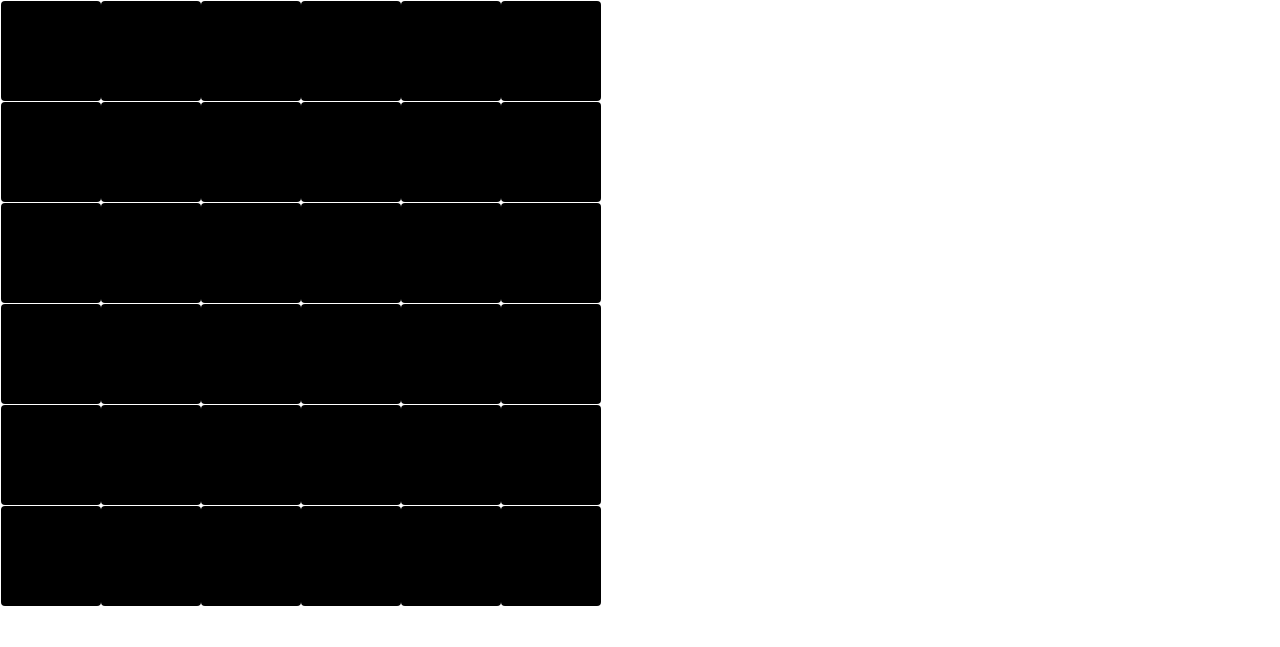
Repository: Lytecyde/emomemo
Page: html/index.html
The author's editor kept a copy of each file at every save. The page is drawn from the files as they stood at one save, then again after the next save.
The browser window is 1280 px wide. The pictures show the whole page.

Above is the page before, as saved 2020-03-31 09:21:48.

### html/index.html
<!DOCTYPE html>
<html lang="en">
<head>
    <meta charset="utf-8">
    <meta name="viewport" content="width=device-width, initial-scale=1.0">
    <link rel="stylesheet" type="text/css" href="../css/style.css">
    <script type="text/javascript" src="../js/data.js"></script>
    <script type="text/javascript" src="../js/game.js"></script>
</head>
<body onload="game.onload();">
<div id="table">

</div>



</body>
</html>

### css/style.css
#table {
    position: ;
    width: 700px;
    height: 600px;
    margin: auto;
    text-align: center;
}

#column {
    position: relative;
}

.card-flip {
    position: relative;
    background-color: aqua;
    width: 100px;
    height: 100px;
    margin: 1px;
    border-color: aqua;
    border-radius: 4px;
}

.card {
    position: relative;
    background: #000;
    font-size: 80px;
    color:white;
    width: 100px;
    height: 100px;
    margin: 1px;
    border-color: aqua;
    border-radius: 4px;
}

#c0 {
    position: fixed;
    top: 0px;
    left: 0px;
    width: 100px;
    height: 600px;
}

#c1 {
    position: fixed;
    top: 0px;
    left: 100px;
    width: 100px;
    height: 600px;
}

#c2 {
    position: fixed;
    top: 0px;
    left: 200px;
    width: 100px;
    height: 600px;
}
#c3 {
    position: fixed;
    top: 0px;
    left: 300px;
    width: 100px;
    height: 600px;
}

#c4 {
    position: fixed;
    top: 0px;
    left: 400px;
    width: 100px;
    height: 600px;
}

#c5 {
    position: fixed;
    top: 0px;
    left: 500px;
    width: 100px;
    height: 600px;
}

#c6 {
    position: fixed;
    top: 0px;
    left: 600pc;
    width: 100px;
    height: 600px;
}

### js/data.js
var data = {
    listOfEmoji: [
        "😯","😲",
        "🤪","🤩",
        "😌","😁",
        "😃","😃",
        "️️☺","😉",
        "😌","😍",
        "😪","😴",
        "😇","🤗",
        "😐","😑"
    ],
    doubleListOfEmoji: [
        "😯","😲",
        "🤪","🤩",
        "😌","😁",
        "😃","😆",
        "️️☺","😉",
        "🤣","😍",
        "😪","😴",
        "😇","🤗",
        "😐","😑",

        "😯","😲",
        "🤪","🤩",
        "😌","😁",
        "😃","😆",
        "️️☺","😉",
        "🤣","😍",
        "😪","😴",
        "😇","🤗",
        "😐","😑"
    ],
    maxColumns: 6,
    maxRows: 6

}

### js/game.js
/*jslint
    browser: true
*/
/*global window,console,document,data*/

var game = {
    ids: [[]],
    isFlippedArray: [[]],
    NO_EFFECT_ONCLICK: 1,
    ONCLICK: 2,
    status: 2,
    timeForCheckStart: 0,
    nowTime: 0,
    emojiArray: [],
    firstEmojiCard: "",
    secondEmojiCard: "",
    matchedCardsList: []
}

game.twoDimensionalArray = function () {
    var arr = [];
    while (arr.length < 6) {
        arr.push([]);
    }
    return arr;
};

game.createIsFlippedArray = function () {
    game.isFlippedArray = game.twoDimensionalArray();
    for (let x = 0; x < 6; x++) {
        for (let y = 0; y < 6; y++) {
            game.isFlippedArray[x][y] = false;
        }
    }
};

game.onload = function () {
    game.emojiArray = game.shuffle(data.doubleListOfEmoji);
    console.log(game.emojiArray);

    game.createIsFlippedArray();
    game.createTable();
};

game.shuffle = function(array) {
    var currentIndex = array.length;
    var temporaryValue;
    var randomIndex;

    while (0 !== currentIndex) {
        randomIndex = Math.floor(Math.random() * currentIndex);
        currentIndex -= 1;
        temporaryValue = array[currentIndex];
        array[currentIndex] = array[randomIndex];
        array[randomIndex] = temporaryValue;
    }

    return array;
};

game.DIVcard = function (x, y) {
    var card = document.createElement("div");
    var id =  game.ids[x][y];
    card.id = id;
    card.className = "card";
    card.addEventListener('click', () => game.flip(id));
    return card;
};

game.createTable = function () {
    game.makeIDsForGameTable();
    var tableDIV = document.getElementById("table");

    for (let x = 0; x < data.maxColumns; x++) {
        var column = document.createElement("div");
        column.classNamed = "column";
        column.id = "c" + x;
        tableDIV.appendChild(column);
        for (let y = 0; y < data.maxRows; y++) {
            var card = game.DIVcard(x, y);
            column.appendChild(card);
        }
    }
};

game.makeIDsForGameTable = function () {
    game.ids = game.twoDimensionalArray();
    for (let x = 0; x < data.maxColumns; x++) {
        for (let y = 0; y < data.maxRows; y++) {
            game.ids[x][y] = "x" + x + "y" + y;
        }
    }
};

game.flip = function (id) {
    var x = 0;
    var y = 0;
    console.log(id);
    x = (id).substring(1, 2);
    y = (id).substring(3, 4);
    if (!game.isFlippedArray[x][y]) {
        if(game.onFirstFlip(x, y)) {
            return;
        }
        game.onSecondFlip(x, y);
        return;
    }

    e.target.style = "background: black";
    game.isFlippedArray[x][y] = false;

};

game.onFirstFlip = function (x, y) {
    if (game.countFlipped() === 0) {
        console.log("first click" + game.emojiArray[game.cardIndex(x, y)]);
        game.turnDownAll();
        game.createIsFlippedArray();
        game.showFlipped();
        game.timeForCheckStart = new Date().getTime();
        game.isFlippedArray[x][y] = true;
        game.showEmoji(x,y);
        game.firstEmojiCard = game.emojiArray[game.cardIndex(x,y)];
        game.showFlipped();
        game.showMatches();
        return true;
    }
    return false;
};

game.onSecondFlip = async function (x, y) {
    if (game.countFlipped() === 1) {
        console.log("second click" + game.emojiArray[game.cardIndex(x,y)]);
        game.isFlippedArray[x][y] = true;
        console.log(game.isFlippedArray);
        game.showEmoji(x,y);

        var n = document.getElementById("x" + x + "y" + y);
        n.style = "background: aqua";
        var duration = (new Date().getTime()) - game.timeForCheckStart;
        console.log("found in " + duration);
        game.secondEmojiCard = game.emojiArray[game.cardIndex(x,y)];
        if(!game.isBothCardsMatch()) {
            await sleep(3800);
        }

        game.checkBoth();
        game.hideAllEmoji();
        game.resetTable();
        game.showFlipped();
        game.showMatches();
    }
}

game.isBothCardsMatch = function(){
    return game.firstEmojiCard === game.secondEmojiCard;
}

game.isOneofPIMPOM =  function (emo) {
    const statement = (element) => element === emo;
    if(game.matchedCardsList.some(statement)){
        return true;
    };

    return false;
};

game.showMatches = function(){
    for (let x = 0; x < data.maxColumns; x++) {
        for (let y = 0; y < data.maxRows; y++) {
            var currentEmo = game.emojiArray[game.cardIndex(x, y)];
            console.log("currentemo:" + currentEmo);
            if(game.isOneofPIMPOM(currentEmo)) {
                document.getElementById("x" + x + "y" + y).innerHTML =
                currentEmo;
            }
        }
    }
}

game.checkBoth = function () {
    console.log("checked:");
    if(game.isBothCardsMatch()) {
        game.matchedCardsList.push(game.firstEmojiCard);
        console.log("PIMPOM you got two matching cards!");
    }
};

game.cardIndex = function (x0, y0) {
    var n = 0;
    for (let x = 0; x < data.maxColumns; x++) {
        for (let y = 0; y < data.maxRows; y++) {
            if(x == x0 && y == y0){
                return n;
            }
            n++;
        }
    }
    return 0;
};

game.showEmoji = function (x, y) {
    var cardIndex = game.cardIndex(x, y);
    console.log(cardIndex + " " + x + " " + y);
    document.getElementById("x" + x + "y" +y).innerHTML =
    game.emojiArray[cardIndex];
}

game.showAllEmoji = function () {
    for (let x = 0; x < 6; x++) {
        for (let y = 0; y < 6; y++) {
            game.showEmoji(x,y);
        }
    }
};

game.hideAllEmoji = function() {
    for (let x = 0; x < 6; x++) {
        for (let y = 0; y < 6; y++) {
            document.getElementById("x" + x + "y" +y).innerHTML = "";
        }
    }
};

game.flipCheck = function (x, y) {
    return game.isFlippedArray[x][y] &&
    x < data.maxColumns &&
    y < data.maxRows;
};

game.flipIt = function (x, y) {
    if (game.flipCheck(x, y)) {
        document.getElementById("x" + x + "y" + y).style = "background: aqua";
        return;
    }
    document.getElementById(id).style = "background: black";
};

game.unflipIt = function (x, y) {
    if (! game.flipCheck(x, y)) {
        var id = "x" + x + "y" + y;
        document.getElementById(id).style = "background: black";
        return;
    }
    document.getElementById("x" + x + "y" + y).style = "background: aqua";
};

game.resetTable = function () {
    game.createIsFlippedArray();
    game.unflipAll();
};

game.unflipAll = function () {
    for (let x = 0; x < 6; x++) {
        for (let y = 0; y < 6; y++) {
            game.unflipIt(x, y);
        }
    }
};

game.turnDownAll = function () {
    for (let x = 0; x < data.maxColumns; x++) {
        for (let y = 0; y < data.maxRows; y++) {
            var id = "x" + x + "y" + y;
            document.getElementById(id).style = "background: black";
        }
    }
};

game.setAquaWhenFlipped = function (x, y) {
    if(game.isFlippedArray[x][y]) {
        var id = "x" + x + "y" + y;
        document.getElementById(id).style = "background: aqua";
    }
};

game.showFlipped = function () {
    for (let x = 0; x < data.maxColumns; x++) {
        for (let y = 0; y < data.maxRows; y++) {
            game.setAquaWhenFlipped(x, y);
        }
    }
};

game.countFlipped = function () {
    var count = 0;
    var all = game.joinArray();
    var flipped = all.filter(f => {
        if (f === true) { return "flipped" };
    });
    count = flipped.length;
    return count;
}

game.checkFlips = function () {
    game.createIsFlippedArray();
    game.unflipAll();
    game.status = game.ONCLICK;
};

game.joinArray = function () {
    var allFlips = [];
    this.isFlippedArray.forEach(function (flip) {
        allFlips = allFlips.concat(flip);
    });
    console.log(allFlips);
    return allFlips;
}



var sleep = function (ms) {
    return new Promise(resolve => setTimeout(resolve, ms));
}

After the next save:
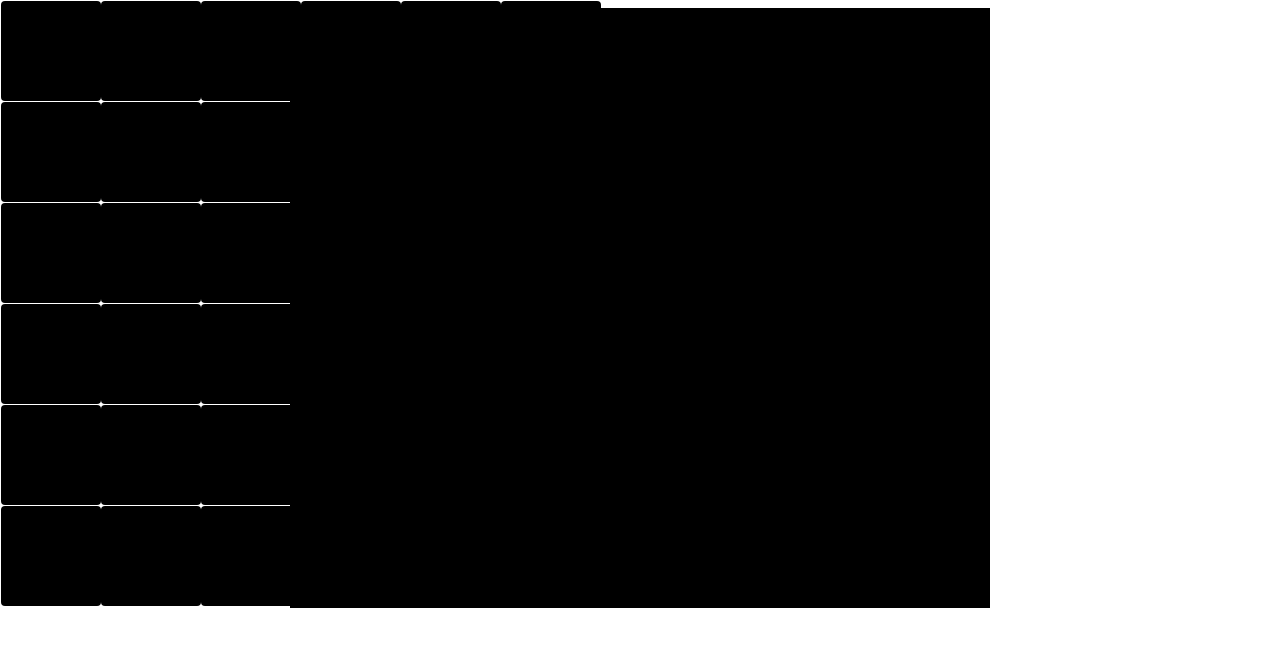
Saved 2 min 0 s later.
--- a/css/style.css
+++ b/css/style.css
@@ -1,9 +1,13 @@
 #table {
-    position: ;
-    width: 700px;
-    height: 600px;
-    margin: auto;
-    text-align: center;
+    osition: absolute;
+  margin: auto;
+  top: 0;
+  right: 0;
+  bottom: 0;
+  left: 0;
+  width: 700px;
+  height: 600px;
+  background-color: black;
 }
 
 #column {
